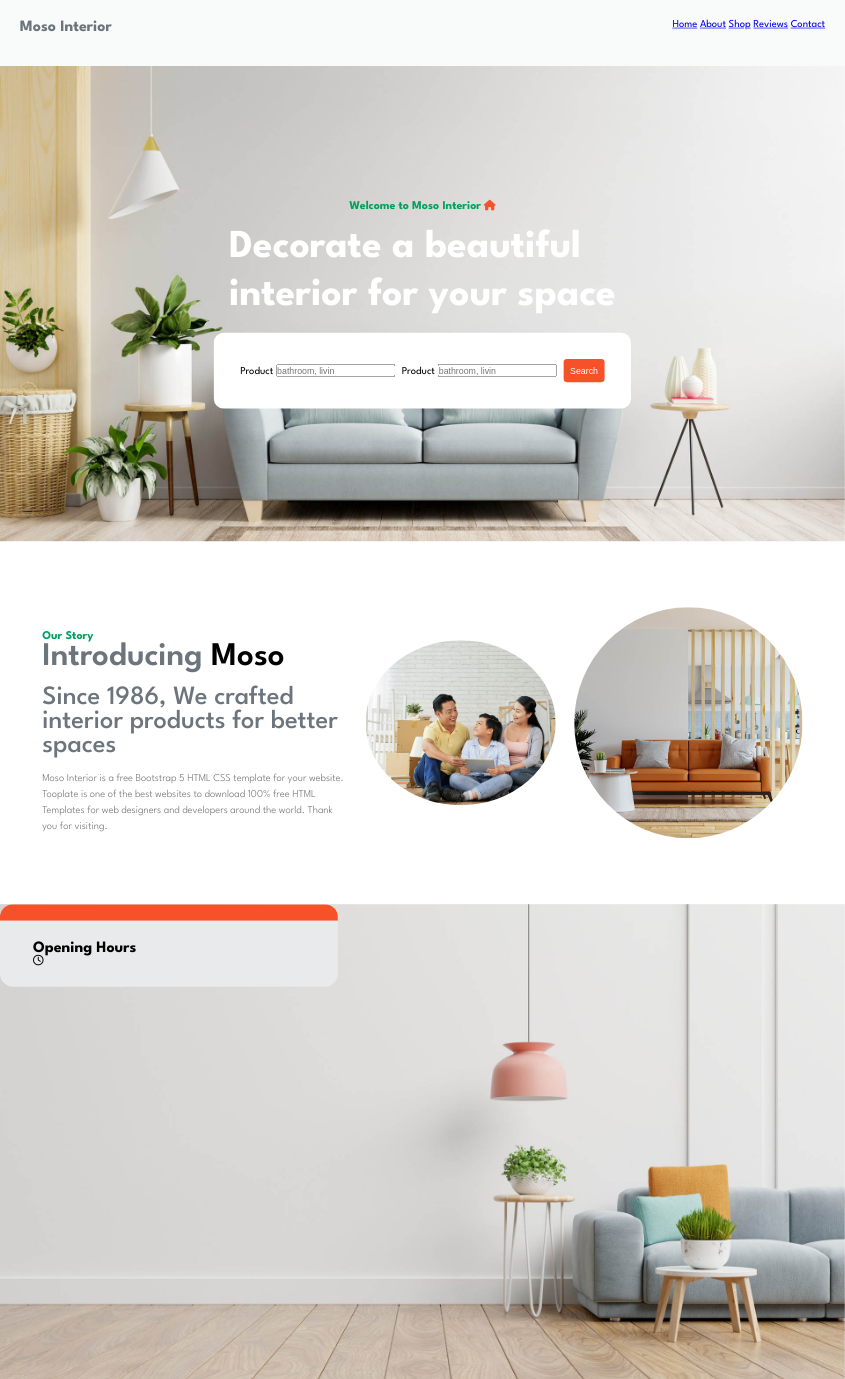
Repository: mariamnabil23/furniture
Page: index.html
The author's editor kept a copy of each file at every save. The page is drawn from the files as they stood at one save, then again after a run of saves.
The browser window is 1280 px wide. The pictures show the whole page, at 66% of full size.
Some web fonts or font styles are not loaded; a fallback is used.

Above is the page before, as saved 2024-10-30 17:21:06.

### index.html
<!DOCTYPE html>
<html lang="en">

<head>
    <meta charset="UTF-8">
    <meta name="viewport" content="width=device-width, initial-scale=1.0">
    <title>Furnture</title>

    <!-- font awesome -->
    <link rel="stylesheet" href="https://cdnjs.cloudflare.com/ajax/libs/font-awesome/6.0.0-beta3/css/all.min.css">

    <!-- google font -->
    <link rel="preconnect" href="https://fonts.googleapis.com">
    <link rel="preconnect" href="https://fonts.gstatic.com" crossorigin>
    <link
        href="https://fonts.googleapis.com/css2?family=Anton&family=DM+Sans:ital,opsz,wght@0,9..40,100..1000;1,9..40,100..1000&family=Inter:wght@100..900&family=Karla:ital,wght@0,200..800;1,200..800&family=League+Spartan:wght@100..900&family=Montserrat:ital,wght@0,100..900;1,100..900&family=Nunito:ital,wght@0,200..1000;1,200..1000&family=Playwrite+GB+S:ital,wght@0,100..400;1,100..400&family=Saira+Semi+Condensed:wght@100;200;300;400;500;600;700;800;900&family=Sorts+Mill+Goudy:ital@0;1&family=Tajawal:wght@200;300;400;500;700;800;900&family=Work+Sans:ital,wght@0,100..900;1,100..900&family=Yellowtail&family=Zen+Dots&display=swap"
        rel="stylesheet">


    <link rel="stylesheet" href="style.css">
</head>

<body>
    <div class="container">
        <div class="navbar">
            <div class="left">
                <h2>Moso Interior</h2>
            </div>
            <div class="right">
                <ul>
                    <li><a href="#">Home</a></li>
                    <li><a href="#">About</a></li>
                    <li><a href="#">Shop</a></li>
                    <li><a href="#">Reviews</a></li>
                    <li><a href="#">Contact</a></li>
                </ul>
            </div>
        </div>

        <!-- home section -->
        <section class="home">
            <div class="content">
                <div class="top">
                    <h5>Welcome to Moso Interior</h5>
                    <i class="fas fa-home"></i>
                </div>
                <div class="middle">
                    <h1>Decorate a beautiful <br> interior for your space</h1>
                </div>
                <div class="bottom">
                    <div class="l">
                        <label>Product</label>
                        <input placeholder="bathroom, livin">
                    </div>
                    <div class="r">
                        <label>Product</label>
                        <input placeholder="bathroom, livin">
                    </div>
                    <div class="btn">
                        <button>Search</button>
                    </div>
                    <div class="down"><i class="fas fa-arrow"></i></div>
                </div>
            </div>
        </section>

        <!-- about section -->
        <section class="about">
            <div class="content">
                <div class="left">
                    <h5>Our Story</h5>
                    <h1>Introducing <span>Moso</span></h1>
                    <h2>Since 1986, We crafted <br> interior products for better <br> spaces</h2>
                    <p>Moso Interior is a free Bootstrap 5 HTML CSS template for your website. Tooplate is one of the
                        best websites to download 100% free HTML Templates for web designers and developers around the
                        world. Thank you for visiting.</p>
                </div>
                <div class="middle">
                    <img src="/images/about1.jpg">
                </div>
                <div class="right">
                    <img src="/images/about2.jpg">
                </div>
            </div>
        </section>

        <!-- open section -->
        <section class="open">
            <div class="content">
                <h1>Opening Hours</h1>
                <div class="box">
                    <i class="fa-regular fa-clock"></i>
                    <div class="hours">

                    </div>
                </div>
            </div>
        </section>
    </div>
</body>

</html>

### style.css
@import url('https://fonts.googleapis.com/css2?family=Anton&family=DM+Sans:ital,opsz,wght@0,9..40,100..1000;1,9..40,100..1000&family=Inter:wght@100..900&family=Karla:ital,wght@0,200..800;1,200..800&family=League+Spartan:wght@100..900&family=Montserrat:ital,wght@0,100..900;1,100..900&family=Nunito:ital,wght@0,200..1000;1,200..1000&family=Playwrite+GB+S:ital,wght@0,100..400;1,100..400&family=Saira+Semi+Condensed:wght@100;200;300;400;500;600;700;800;900&family=Sorts+Mill+Goudy:ital@0;1&family=Tajawal:wght@200;300;400;500;700;800;900&family=Work+Sans:ital,wght@0,100..900;1,100..900&family=Yellowtail&family=Zen+Dots&display=swap');


*{
    box-sizing: border-box;
    padding: 0;
    margin: 0;
}
body{
    font-family: "League Spartan", sans-serif;
}
ul{
    list-style: none;
}

.navbar{
    width: 100%;
    height: 100px;
    background-color: rgb(249, 251, 251);
    padding: 30px;
}
.navbar .left{
    float: left;
    display: inline;
}
.navbar .right{
    float: right;
    display: inline;
}
.navbar .right ul li{
    display: inline;
}


/* home */
.home{
    width: 100%;
    height: 100vh;
    background-image: url("/images/home-bg-1.jpg");
    background-size: cover;
    display: flex;
    flex-direction: column;
    align-items: center;
    justify-content: center;
    align-items: center;
}
.home .content{
    display: flex;
    flex-direction: column;
    align-items: center;
    justify-content: center;
    align-items: center;
}
.home .top h5{
    display: inline;
    color: #00a05d;
    font-size: 18px;
}
.home .top i{
    color: #f65129;
}
.home .middle h1{
    color: white;
    font-size: 60px;
    margin: 20px 0;
    line-height: 1.2;
}
.home .bottom {
    background: white;
    border-radius: 15px;
    padding: 40px;
    display: flex;
}
.home .bottom .l,
.home .bottom .r{
    margin: auto;
}
.home .bottom .r,
.home .bottom .btn{
    padding-left: 10px;
}
.home .bottom button{
    background: #f65129;
    padding: 10px;
    color: white;
    border: none;
    border-radius: 5px;
}


/* about */

.about{

}
.about .content{
    display: flex;
    justify-content: space-between;
    align-items: center;
    width: 90%;
    margin: 100px auto;
}
.about .left{
    width: 40%;
    height: 280px;
}
.about .left h5{
    color: #00a05d;
    font-size: 18px;
}
.about .middle{
    width: 25%;
    height: 250px;
}
.about .middle img{
    width: 100%;
    height: 100%;
    object-fit: cover;
    border-radius: 100%;
}
.about .right{
    width: 30%;
    height: 350px;
}
.about .right img{
    width: 100%;
    height: 100%;
    object-fit: cover;
    border-radius: 100%;
}
.about .left h1, h2{
    color: #6c757d;
}
.about .left h1{
    font-size: 50px;
    font-weight: 600;
}
.about .left h2{
    font-size: 40px;
    font-weight: 500;
    margin: 20px 0;

}
.about .left span{
    color: black;
}
.about .left p{
    color: #717275;
    font-size: 16px;
    font-weight: 300;
    line-height: 1.5;
}

/* open */
.open{
    width: 100%;
    height: 100vh;
    background-image: url('/images/open-bg.jpg');
    background-size: cover;

}
.open .content{
    background-color: #e9eaeb;
    border-top: 25px solid #f65129;
    border-radius: 20px;
    width: 40%;
    padding: 30px 50px;
}
.open h1{

}
.open .box .hours{
    display: inline;
}

After the next 4 saves:
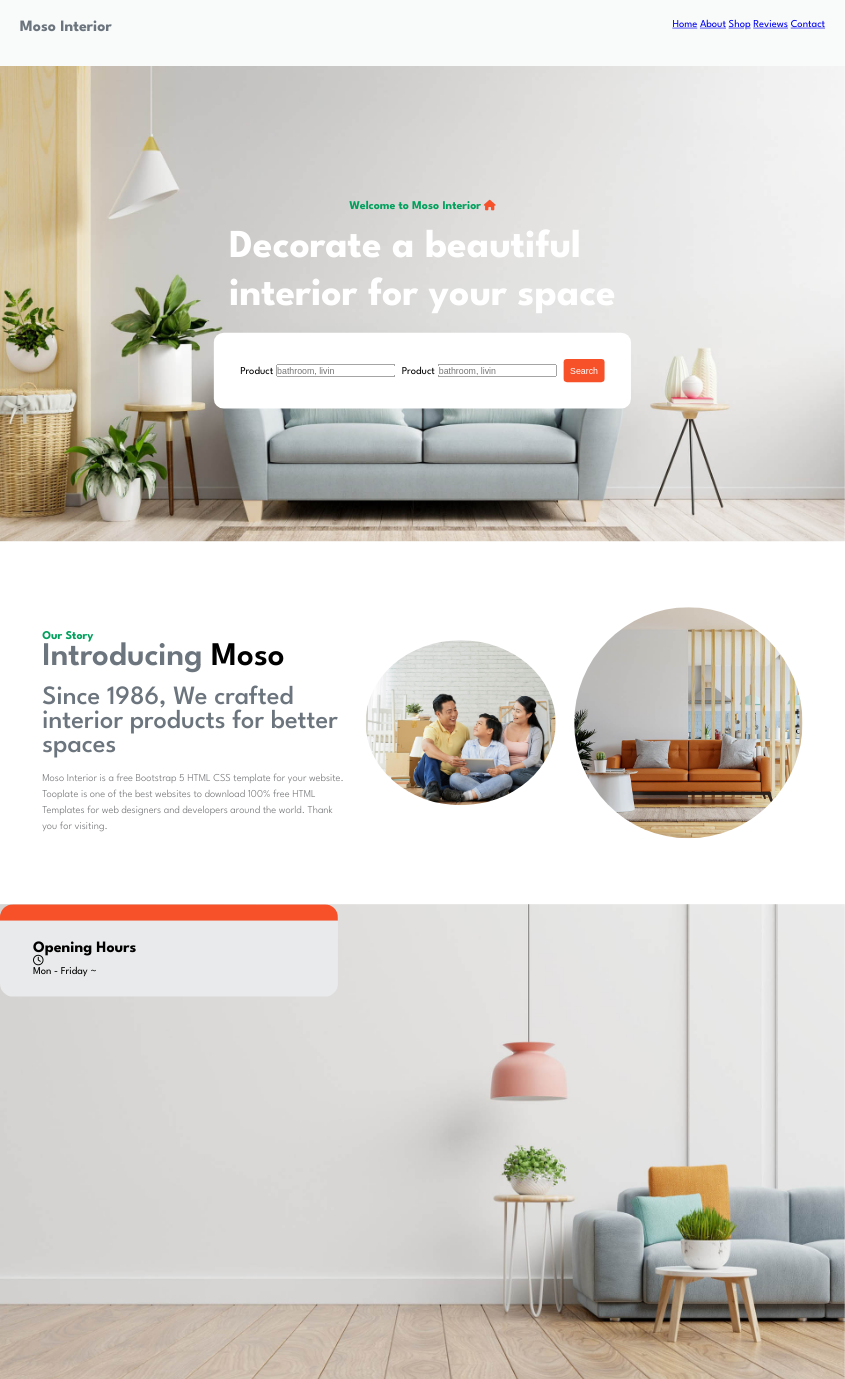
The 4 saves are shown as one change because they came seconds apart.
The last was saved 15 s later.
--- a/index.html
+++ b/index.html
@@ -91,7 +91,7 @@
                 <div class="box">
                     <i class="fa-regular fa-clock"></i>
                     <div class="hours">
-
+                        <div><spa>Mon - Friday ~</spa></div>
                     </div>
                 </div>
             </div>
